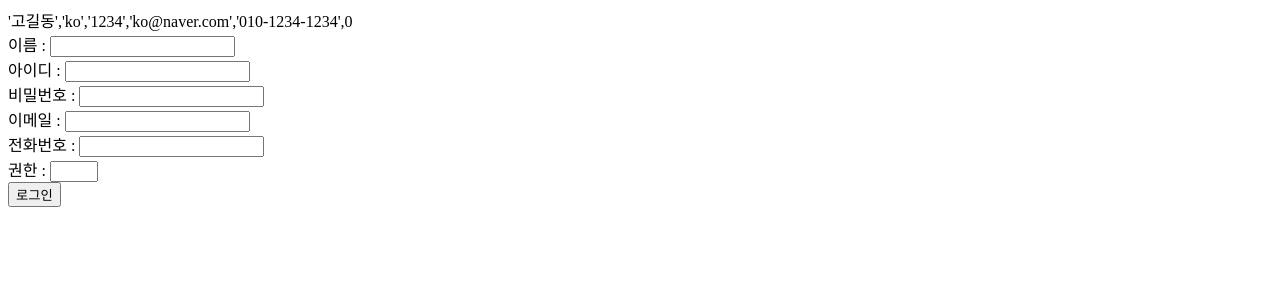
Repository: ghlcjf/home
Page: web08/WebContent/login_Form.html
An editor plug-in stored every save of this project. The page is shown before and after the next save, followed by the edit.
The browser window is 1280 px wide. The pictures show the whole page.

Above is the page before, as saved 2022-12-01 14:03:48.

### web08/WebContent/login_Form.html
<!DOCTYPE html>
<html>
<head>
<meta charset="UTF-8">
<title>Insert title here</title>
</head>
<body>
'고길동','ko','1234','ko@naver.com','010-1234-1234',0

<form action="" method="post">
	이름 : <input type="text" name="name"><br>
	아이디 : <input type="text" name="userid"><br>
	비밀번호 : <input type="password" name="userpw"><br>
	이메일 : <input type="email" name="email"><br>
	전화번호 : <input type="tel" name="phone"><br>
	권한 : <input type="number" name="admin" min="0" max="1"><br>
	<button type="submit">로그인</button>
</form>

</body>
</html>

After the next save:
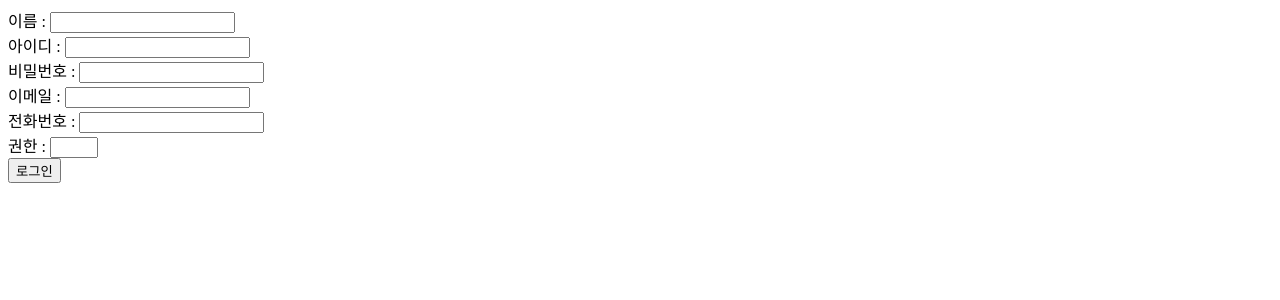
Saved 6 s later.
--- a/web08/WebContent/login_Form.html
+++ b/web08/WebContent/login_Form.html
@@ -5,7 +5,6 @@
 <title>Insert title here</title>
 </head>
 <body>
-'고길동','ko','1234','ko@naver.com','010-1234-1234',0
 
 <form action="" method="post">
 	이름 : <input type="text" name="name"><br>
